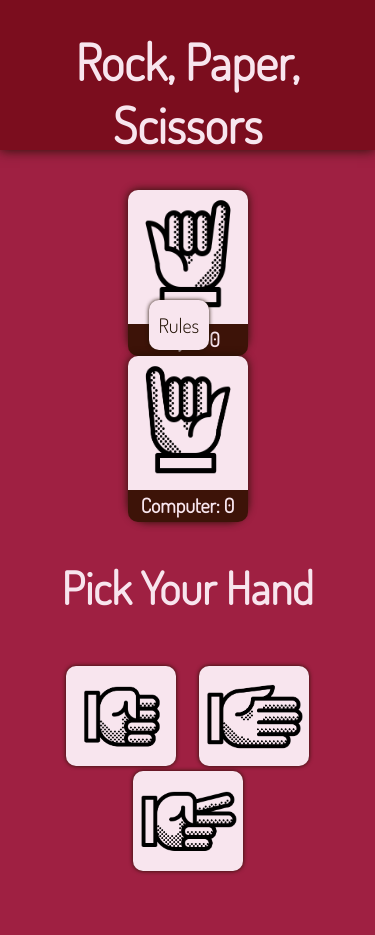
Repository: shayanabedi98/rock-paper-scissors
Page: index.html
The author's editor kept a copy of each file at every save. The page is drawn from the files as they stood at one save, then again after the next save.
The browser window is 375 px wide. The pictures show the whole page.

Above is the page before, as saved 2023-07-21 13:24:37.

After the next save:
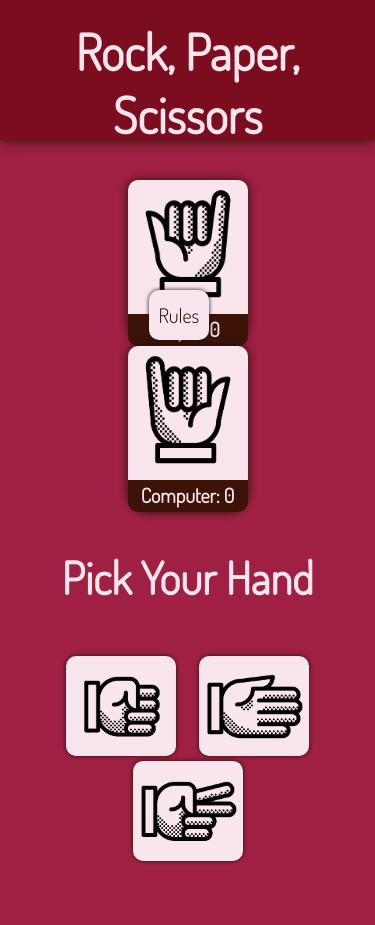
Saved 31 s later.
--- a/styles.css
+++ b/styles.css
@@ -213,6 +213,14 @@ h1 {
         font-size: 50px;
     }
 
+    .header {
+        text-align: center;
+        background-color: #7B0D1E;
+        height: 120px;
+        padding-top: 20px;
+        box-shadow: 0 0 12px 0 #211103;
+    }
+
     .card {
         margin: 0 40px;
     }
